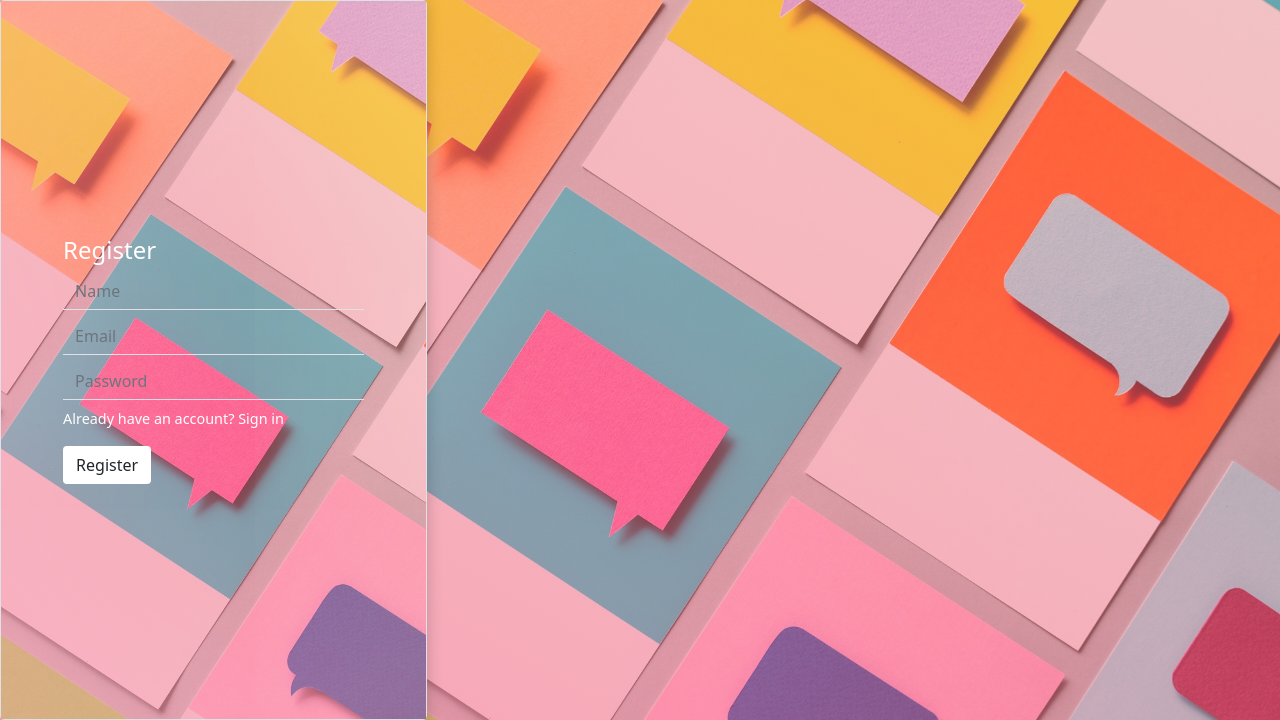
Repository: SaudCh/React-login
Page: /register
These files come from the project's save history. The page is drawn as it stood at one moment and after the next save; the edit follows.
The browser window is 1280 px wide. The pictures show the whole page.
The project was rebuilt for these pictures with package versions that can differ from the ones it lists, and the page was loaded fresh each time. Also part of the build but not shown: src/Components/Login/logincss.js, src/Components/Login/loginValidation.js, src/Components/Login/Login.jsx, src/Components/Home/Home.jsx.

Above is the page before, as saved 2022-02-06 12:07:40.

### src/App.js
import Login from './Components/Login/Login';
import Register from './Components/Register/Register'
import '../node_modules/bootstrap/dist/css/bootstrap.min.css'
import { Routes, Route } from 'react-router-dom'
import Home from './Components/Home/Home';

function App() {
  return (
    <Routes>
      <Route path="login" element={<Login />} />
      <Route path="register" element={<Register />} />
      <Route path="/" element={<Home />} />
      <Route path="*" element={<Register />} />
    </Routes >
  );
}

export default App;

### src/Components/Register/Register.jsx
import React, { useState } from "react";
import "./Register.css";
import { formStyle } from "./RegsiterCss";
import axios from "axios";
import { registrationValidation } from "./RegisterValidation";

export default function Register() {
  const [name, setName] = useState();
  const [email, setEmail] = useState();
  const [password, setPassword] = useState();
  const [error, setError] = useState("");

  const formSubmit = (e) => {
    setError("");
    e.preventDefault();
    const data = {
      name: name,
      email: email,
      password: password,
    };

    const errors = registrationValidation(data);

    console.log(Object.keys(errors).length);

    if (Object.keys(errors).length !== 0) {
      setError(errors);
      return;
    }

    axios
      .post("http://localhost:5000/api/user/register", data)
      .then(function (response) {
        console.log(response);
      })
      .catch(function (error) {
        let err;
        if (error.response) {
          err = error.response.data.message;
        } else if (error.request) {
          err = error.toJSON().message;
        } else {
          err = error.message;
        }
        setError({ api: err });
      });
  };

  return (
    <div>
      <div className="container-fluid">
        <div className="row background-image">
          <div className="col-10 col-md-4 background-text border rounded">
            <form onSubmit={formSubmit} className="col-9">
              {error.api && <p className="text-danger p-0 m-0">{error.api}</p>}
              <div className="my-2">
                <h4 className="text-white">Register </h4>
              </div>
              <div className="my-2">
                <input
                  type="text"
                  style={formStyle}
                  value={name}
                  onChange={(name) => setName(name.target.value)}
                  className="form-control border-bottom hlo"
                  id="name"
                  placeholder="Name"
                />
                {error.name && (
                  <p className="text-danger p-0 m-0">{error.name}</p>
                )}
              </div>
              <div className="form-group my-2">
                <input
                  style={formStyle}
                  value={email}
                  onChange={(email) => setEmail(email.target.value)}
                  type="email"
                  class="form-control border-bottom"
                  id="email"
                  placeholder="Email"
                />
                {error.email && (
                  <p className="text-danger p-0 m-0">{error.email}</p>
                )}
              </div>
              <div className="form-group my-2">
                <input
                  style={formStyle}
                  value={password}
                  onChange={(password) => setPassword(password.target.value)}
                  type="password"
                  class="form-control border-bottom"
                  id="password"
                  placeholder="Password"
                />
                {error.password && (
                  <p className="text-danger p-0 m-0">{error.password}</p>
                )}
              </div>
              <div className="my-2">
                <div>
                  <p className="text-white" style={{ fontSize: "0.9rem" }}>
                    Already have an account? <span>Sign in</span>
                  </p>
                </div>
                <button className="btn" style={{ backgroundColor: "white" }}>
                  Register
                </button>
              </div>
            </form>
          </div>
        </div>
      </div>
    </div>
  );
}

### src/Components/Login/Login.css
:root {
  --primary: rgba(254, 113, 145, 0.6);
  --secondary: rgba(255, 133, 133, 0.4);
}
.background-image {
  height: 100vh;
  width: 100vw;

  background: linear-gradient(to top right, var(--primary), var(--secondary)),
    url("../Images/back.jpg") no-repeat center center / cover;
}

.background-text {
  padding: 20px 0px;
  display: flex;
  justify-content: center;
  align-items: center;

  box-shadow: 0 0 1rem 0 rgba(0, 0, 0, 0.2);
  position: relative;
  background: inherit;
  z-index: 1;
}
.background-text::before {
  content: "";
  position: absolute;
  background: inherit;
  top: 0;
  bottom: 0;
  left: 0;
  right: 0;
  box-shadow: inset 0 0 2000px rgba(255, 255, 255, 0.3);
  /* filter: blur(1px); */
  z-index: -1;
}

input:hover,
input:active,
input:focus,
input:-webkit-autofill {
  outline: 0px !important;
  -webkit-appearance: none;
  box-shadow: none !important;
}
input:-webkit-autofill,
input:-webkit-autofill:focus {
  transition: background-color 600000s 0s, color 600000s 0s;
}

### src/Components/Register/Register.css
/* .background-image {
  background-image: linear-gradient(rgba(0, 0, 0, 0.2), rgba(0, 0, 0, 0.2)),
    url("../Images/back.jpg");
  background-position: center;
  background-repeat: no-repeat;
  background-size: cover;

  height: 100vh;
  justify-content: center;
  align-items: center;

  position: relative;
  z-index: 1;
}
.background-image::before {
  content: "";
  position: absolute;
  background: inherit;
  top: 0;
  bottom: 0;
  left: 0;
  right: 0;
  filter: blur(1px);
  z-index: -1;
} */

.background-text {
  padding: 20px 0px;
  display: flex;
  justify-content: center;
  align-items: center;

  box-shadow: 0 0 1rem 0 rgba(0, 0, 0, 0.2);
  position: relative;
  background: inherit;
  z-index: 1;
}
.background-text::before {
  content: "";
  position: absolute;
  background: inherit;
  top: 0;
  bottom: 0;
  left: 0;
  right: 0;
  box-shadow: inset 0 0 2000px rgba(255, 255, 255, 0.3);
  /* filter: blur(1px); */
  z-index: -1;
}

input:hover,
input:active,
input:focus,
input:-webkit-autofill {
  outline: 0px !important;
  -webkit-appearance: none;
  box-shadow: none !important;
}
input:-webkit-autofill,
input:-webkit-autofill:focus {
  transition: background-color 600000s 0s, color 600000s 0s;
}

### src/Components/Register/RegsiterCss.js
export const formStyle = {
    backgroundColor: "transparent",
    color: "white",
    border: "none",
    borderRadius: 0,
};

### src/Components/Register/RegisterValidation.js
export const registrationValidation = (data) => {
    let errors = {};

    if (!data.name) {
        errors.name = "Name is Required."
    }
    if (!data.email) {
        errors.email = "Email Is Required."
    }
    else if (!/\S+@\S+\.\S+/.test(data.email)) {
        errors.email = "Invalid Email"
    }
    if (!data.password) {
        errors.password = "Password is required."
    }
    else if (data.password.length < 6) {
        errors.password = "Password Must be more than Six Characters"
    }
    return errors;

}

Loaded but not shown: public/index.html (common file); src/index.js (common file); src/index.css (common file); src/reportWebVitals.js (common file)

After the next save:
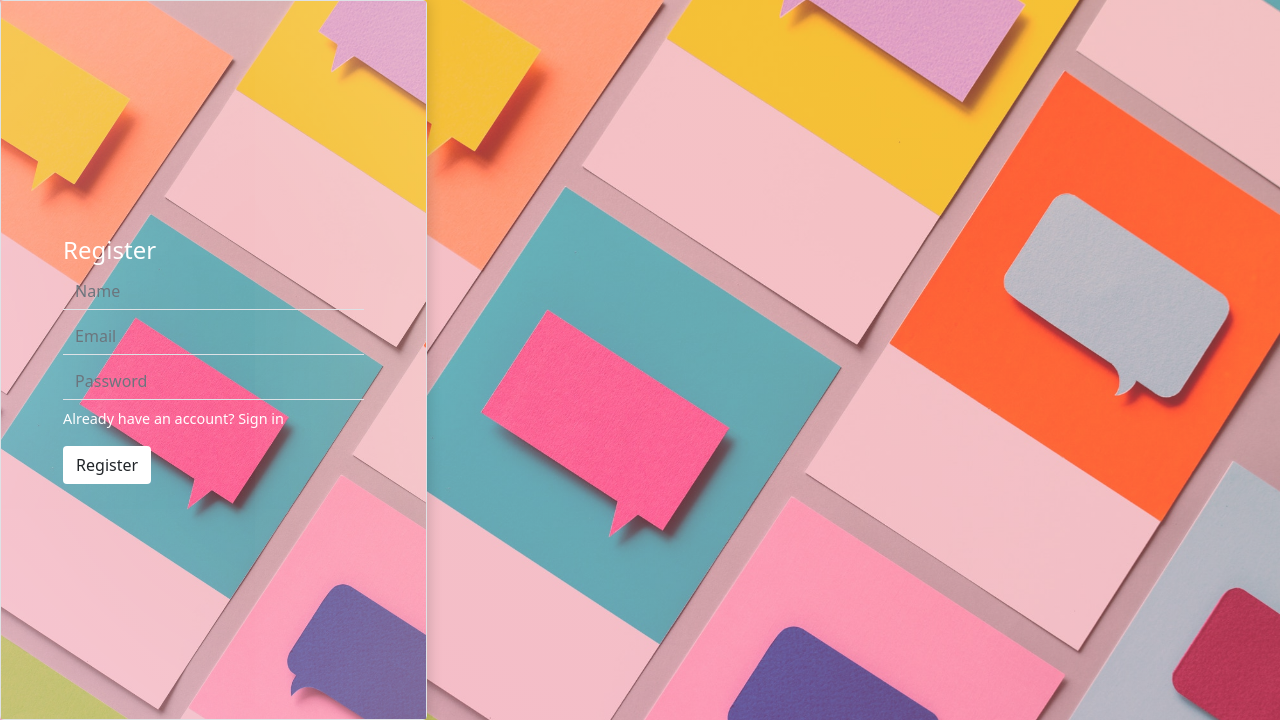
Saved 4 s later.
--- a/src/Components/Login/Login.css
+++ b/src/Components/Login/Login.css
@@ -1,5 +1,5 @@
 :root {
-  --primary: rgba(254, 113, 145, 0.6);
+  --primary: rgba(254, 113, 145, 0.4);
   --secondary: rgba(255, 133, 133, 0.4);
 }
 .background-image {
